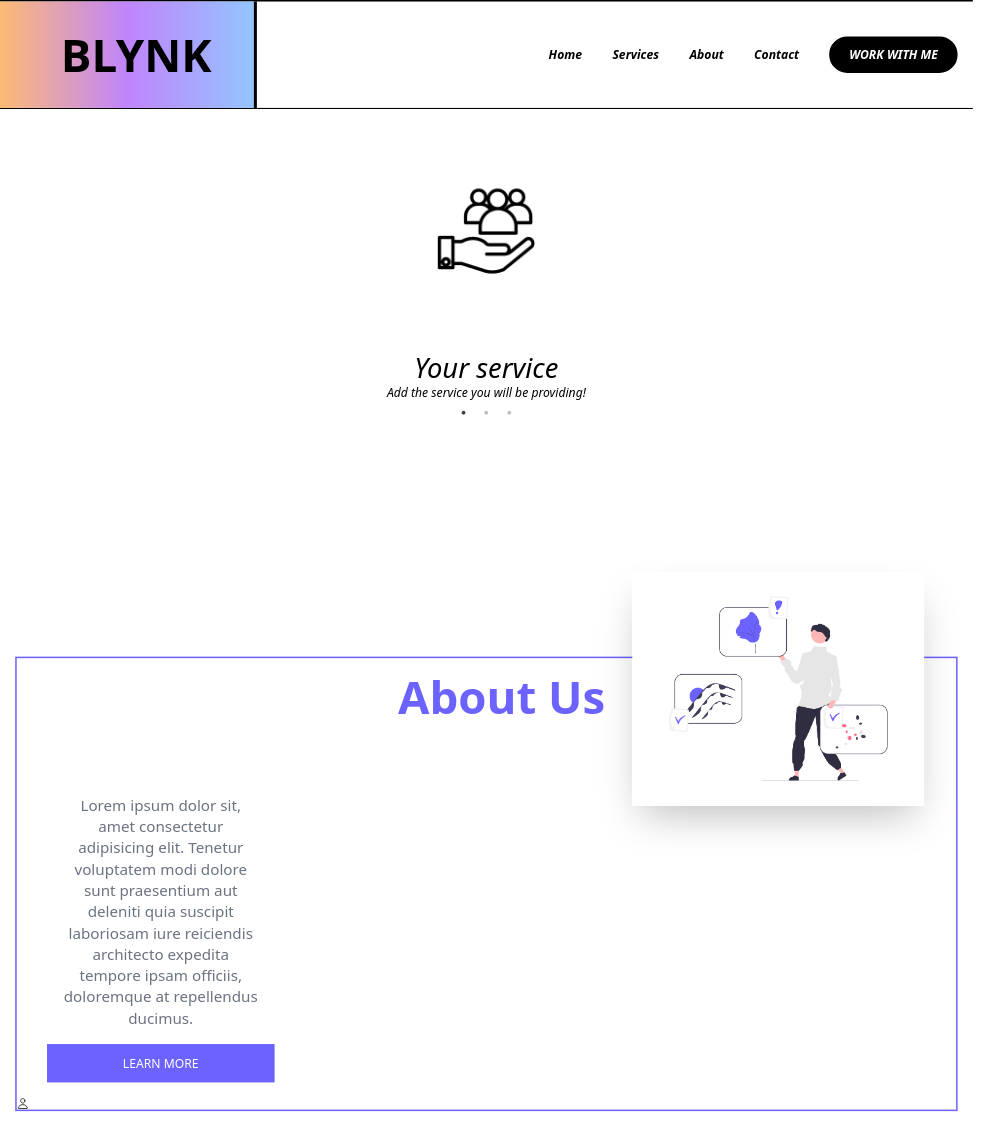
Repository: Al123Kudayyd/eportfolio
Page: /
These files come from the project's save history. The page is drawn as it stood at one moment and after the next save; the edit follows.
The browser window is 1280 px wide. The page is 1305 px wide, so the pictures cover 1305 px, including what lies to the right of the window. The pictures show the whole page, at 76% of full size.
The project was rebuilt for these pictures with package versions that can differ from the ones it lists, and the page was loaded fresh each time.

Above is the page before, as saved 2024-02-27 08:03:34.

After the next save:
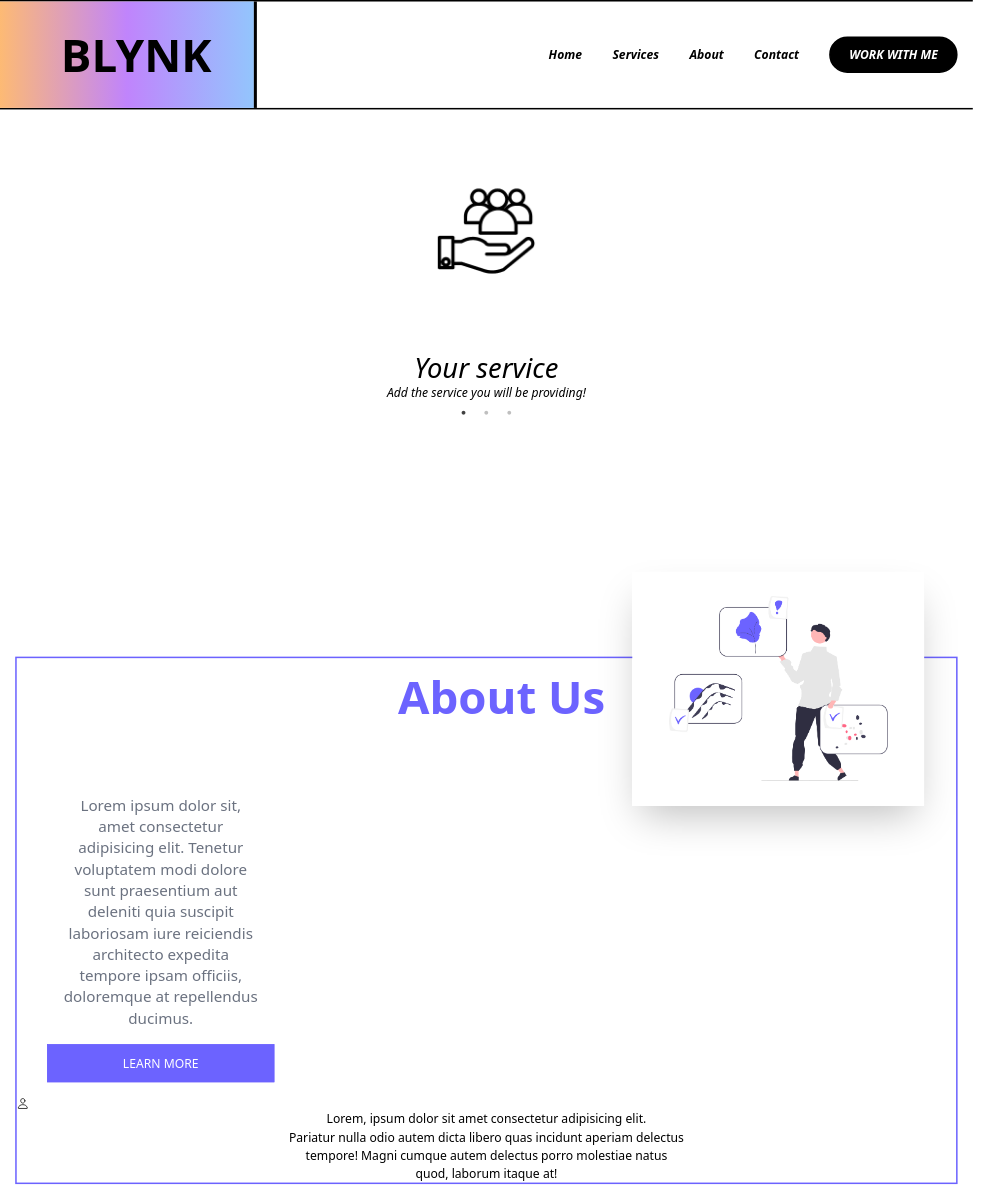
Saved 5 s later.
--- a/src/components/AboutService.js
+++ b/src/components/AboutService.js
@@ -7,7 +7,7 @@ function AboutService({ button, button1, button2, para }) {
         <div>
             <div>
                 {button}
-                <p></p>
+                <p>{para}</p>
             </div>
             <div>
 
